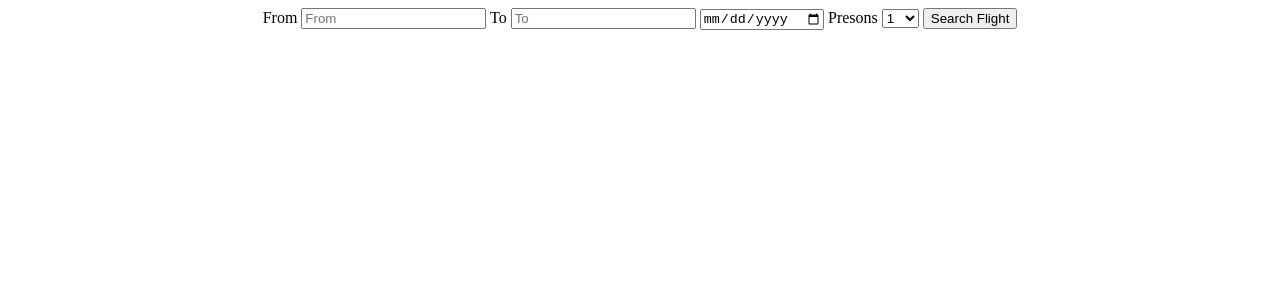
Repository: kalpesh3070/backend2
Page: flyaway/src/main/webapp/Home.html
An editor plug-in stored every save of this project. The page is shown before and after the next save, followed by the edit.
The browser window is 1280 px wide. The pictures show the whole page.

Above is the page before, as saved 2022-11-10 12:15:01.

After the next save:
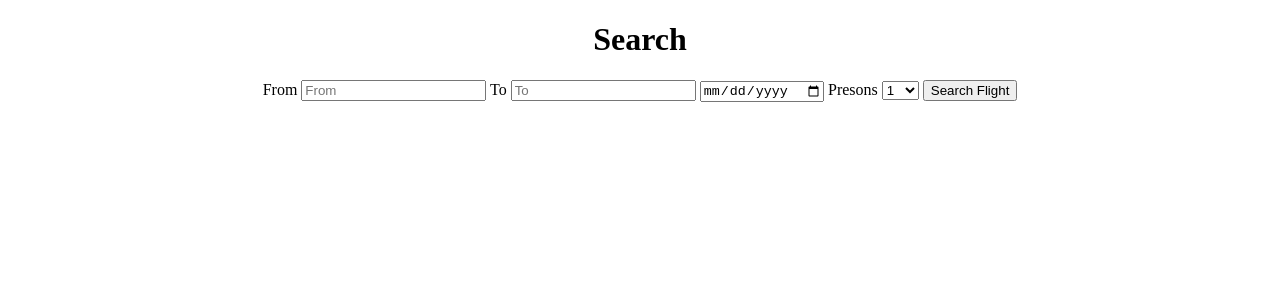
Saved 34 s later.
--- a/flyaway/src/main/webapp/Home.html
+++ b/flyaway/src/main/webapp/Home.html
@@ -7,6 +7,7 @@
 <body>
 <form action="search">
 <center>
+<h1>Search</h1>
 <lable>From</lable>
 <input type="text" name="from" placeholder="From">
 <lable>To</lable>
